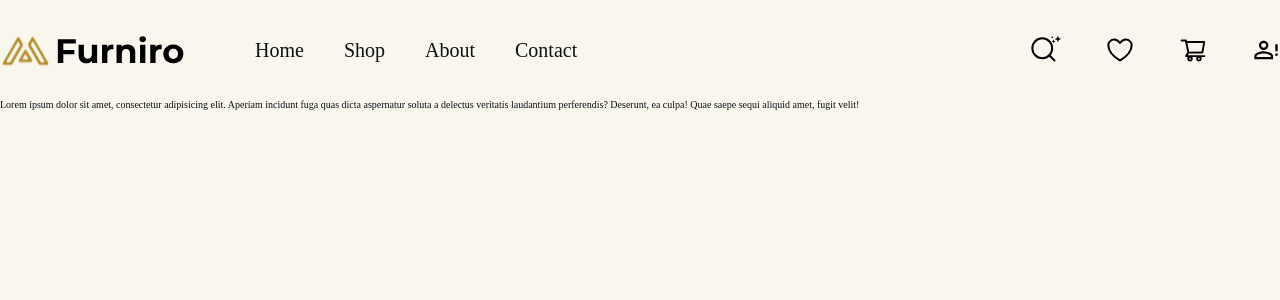
Repository: binhphanbp/furniro-interior_website
Page: index.html
An editor plug-in stored every save of this project. The page is shown before and after the next save, followed by the edit.
The browser window is 1280 px wide. The pictures show the whole page.

Above is the page before, as saved 2025-02-19 22:50:32.

### index.html
<!DOCTYPE html>
<html lang="en">
  <head>
    <meta charset="UTF-8" />
    <meta name="viewport" content="width=device-width, initial-scale=1.0" />
    <title>Furniro</title>

    <!-- Favicon -->
    <link rel="shortcut icon" href="./icons/favicon.ico" type="image/x-icon" />
    <link rel="icon" href="./icons/favicon.ico" type="image/x-icon" />

    <!-- Link CSS -->
    <link rel="stylesheet" href="./src/assets/styles/main.css" />
  </head>
  <body class="homepage">
    <!-- PROGRESS BAR -->
    <div class="progress-container">
      <div class="progress-bar"></div>
    </div>

    <!-- HEADER -->

    <header class="header">
      <div class="container">
        <nav class="header__menu">
          <a class="header__logo" href="#">
            <img src="./icons/furniro-logo-type.svg" alt="logo-furniro" />
          </a>
          <ul class="header__menu-list">
            <li>
              <a href="" class="avtive">home</a>
            </li>
            <li>
              <a href="">shop</a>
            </li>
            <li>
              <a href="">about</a>
            </li>
            <li>
              <a href="">contact</a>
            </li>
          </ul>
        </nav>
        <ul class="header__icons">
          <a href="#" class="header__icons-item">
            <img src="./icons/icon-search.svg" alt="icon-search" />
          </a>
          <a href="#" class="header__icons-item">
            <img src="./icons/icon-heart.svg" alt="icon-heart" />
          </a>
          <a href="#" class="header__icons-item">
            <img src="./icons/icon-cart.svg" alt="icon-cart"
          /></a>
          <a href="#" class="header__icons-item">
            <img src="./icons/icon-account-alert.svg" alt="icon-account" />
          </a>
        </ul>
      </div>
    </header>

    <!-- MAIN -->
    <main class="main">
      <p>
        Lorem ipsum dolor sit amet, consectetur adipisicing elit. Aperiam
        incidunt fuga quas dicta aspernatur soluta a delectus veritatis
        laudantium perferendis? Deserunt, ea culpa! Quae saepe sequi aliquid
        amet, fugit velit!
      </p>
      <!-- Section Hero -->
      <section class="schero">
        <div class="container"></div>
      </section>

      <!-- Section Menu -->
      <section class="scmenu">
        <div class="container"></div>
      </section>

      <!-- Section Services -->
      <section class="scservices">
        <div class="container"></div>
      </section>

      <!-- Section Delivery -->
      <section class="scdelivery">
        <div class="container"></div>
      </section>

      <!-- Section Our Customers -->
      <section class="sccustomers">
        <div class="container"></div>
      </section>

      <!-- Section Our Blog -->
      <section class="scblog">
        <div class="container"></div>
      </section>
    </main>

    <!-- FOOTER -->
    <footer class="footer">
      <div class="container"></div>
    </footer>

    <!-- JavaScript -->
    <script type="module" src="./src/scripts/main.js"></script>
  </body>
</html>

### src/assets/styles/main.css
/* Reset CSS */
@import './base/reset.css';

/* Font */
@import './base/variables.css';
@import './base/fonts.css';

/* Layouts (General Structure) */
@import './base/layouts.css';

/* Components */
@import './components/header.css';
@import './components/footer.css';
@import './components/components.css';

/* Pages */
@import './pages/home.css';
@import './pages/shop.css';
@import './pages/shop-details.css';
@import './pages/cart.css';
@import './pages/checkout.css';
@import './pages/product-comparison.css';
@import './pages/blog.css';
@import './pages/contact.css';

### src/assets/styles/base/reset.css
* {
  margin: 0;
  padding: 0;
  border: 0;
  font-size: 100%;
  font: inherit;
  vertical-align: baseline;
  box-sizing: border-box;
}
body {
  line-height: 1;
}
ol,
ul {
  list-style: none;
}
blockquote,
q {
  quotes: none;
}
blockquote:before,
blockquote:after,
q:before,
q:after {
  content: '';
  content: none;
}
table {
  border-collapse: collapse;
  border-spacing: 0;
}
img,
object,
embed {
  max-width: 100%;
}

a {
  text-decoration: none;
  outline: 0;
}
strong {
  font-family: db;
}
sub {
  vertical-align: sub;
  font-size: smaller;
}
sup {
  vertical-align: super;
  font-size: smaller;
}

### src/assets/styles/base/variables.css
:root {
  /* Page Setting Variables */
  --max-width-page: 2560px;
  --max-width-container-fluid: 1920px;
  --max-width-container: calc(1236px + calc(var(--gap) * 2));

  --gap: 30px;
  --pd-left-right: 20px;

  /* Color Variables */
  --primary-cl: #b88e2f;
  --primary-cl-hover: #d3ac51;
  --secondary-cl: #fff3e3;
  --tertiary-cl: #f3e9dc;

  --white-page-cl: #f9f6ee;
  --black-cl: #0b1215;

  --gray-dark-cl: #898989;
  --gray-light-cl: #9f9f9f;
  --product-hover: #3a3a3a;

  --red-cl: #e97171;
  --green-cl: #2ec1ac;
  --purple-cl: #816dfa;

  /* Font-size, Line-height, Letter-spacing Variables: */
  --fs-h1: 5.6rem;
  --lh-h1: 6.5rem;
  --ls-h1: 2px;

  --fs-h2: 4rem;
  --lh-h2: 4.8rem;
  --ls-h2: 0.25px;

  --fs-h3: 2.4rem;
  --lh-h3: 2.8rem;
  --ls-h3: 0.1px;

  --fs-text-button: 1.6rem;
  --lh-text-button: 2.4rem;
  --ls-text-button: 0.2px;

  --fs-body: 1.6rem;
  --lh-body: 2.4rem;
  --ls-body: 0.2px;

  /* Fonts: */
  --font-body: ppr;
  --font-body-light: ppl;
  --font-body-medium: ppm;
  --font-body-semibold: ppsb;
  --font-body-bold: ppb;

  /* General Variables */
  --height-header: 100px;
  --height-footer: 505px;
  --height-button: 48px;
  --height-button-medium: 64px;
  --height-button-large: 74px;
  --pd-section: 60px;

  /* Timing Transition Variables: */
  --duration: 0.4s;
  --cubic: cubic-bezier(0.59, 0.29, 0.15, 0.93);
}

### src/assets/styles/base/fonts.css
@font-face {
  font-family: 'ppl';
  src: url('../../fonts/Poppins-Light.woff2') format('woff2'),
    url('../../fonts/Poppins-Light.woff') format('woff');
  font-weight: 300;
  font-style: normal;
  font-display: swap;
}

@font-face {
  font-family: 'ppr';
  src: url('../../fonts/Poppins-Regular.woff2') format('woff2'),
    url('../../fonts/Poppins-Regular.woff') format('woff');
  font-weight: normal;
  font-style: normal;
  font-display: swap;
}

@font-face {
  font-family: 'ppm';
  src: url('../../fonts/Poppins-Medium.woff2') format('woff2'),
    url('../../fonts/Poppins-Medium.woff') format('woff');
  font-weight: 500;
  font-style: normal;
  font-display: swap;
}

@font-face {
  font-family: 'ppsb';
  src: url('../../fonts/Poppins-SemiBold.woff2') format('woff2'),
    url('../../fonts/Poppins-SemiBold.woff') format('woff');
  font-weight: 600;
  font-style: normal;
  font-display: swap;
}

@font-face {
  font-family: 'ppb';
  src: url('../../fonts/Poppins-Bold.woff2') format('woff2'),
    url('../../fonts/Poppins-Bold.woff') format('woff');
  font-weight: bold;
  font-style: normal;
  font-display: swap;
}

### src/assets/styles/base/layouts.css
html {
  font-size: 62.5%;

  scroll-behavior: smooth;

  /* CUSTOM SCROLLBAR */
  /* width */
  ::-webkit-scrollbar {
    width: 10px;
  }
  /* Track */
  ::-webkit-scrollbar-track {
    background: var(--gray-light-cl);
  }
  /* Handle */
  ::-webkit-scrollbar-thumb {
    background: var(--primary-cl);
    border-radius: 40px;
  }
  /* Handle on hover */
  ::-webkit-scrollbar-thumb:hover {
    background: var(--gray-dark-cl);
  }

  /* Custom background-color text selection */
  ::-moz-selection {
    color: var(--white-page-cl);
    background: var(--primary-cl);
  }
  ::selection {
    color: var(--white-page-cl);
    background: var(--primary-cl);
  }
}

body {
  background-color: var(--white-page-cl);
  color: var(--black-cl);
  width: 100%;
  max-width: var(--max-width-page);
  margin: auto;
}

.container {
  max-width: var(--max-width-container);
  margin: 0 auto;
}

### src/assets/styles/components/header.css
.header {
  height: var(--height-header);
}

.header .container {
  display: flex;
  align-items: center;
  justify-content: space-between;
  height: 100%;
}

.header .header__menu {
  display: flex;
  align-items: center;
  gap: 50px;
}

/* Header Menu */
.header .header__menu .header__menu-list {
  display: flex;
}

.header .header__menu .header__menu-list li a {
  padding: 8px var(--pd-left-right);
  text-transform: capitalize;
  font-size: 2rem;
  color: var(--black-cl);
}

/* Header Icons */
.header .header__icons {
  display: flex;
  gap: 45px;
}

### src/assets/styles/components/components.css
img {
  max-width: 100%;
  -webkit-user-select: none;
  -moz-user-select: none;
  -ms-user-select: none;
  user-select: none;
  display: block;
  outline: 0;
  object-fit: contain;
}

img .--center {
  margin: 0 auto;
  display: block;
}

.--hidden {
  display: none;
}

/* Progress Bar */
.progress-container {
  position: fixed;
  top: 0;
  left: 0;
  width: 100%;
  height: 5px;
  background: var(--white-page-cl);
}

.progress-bar {
  height: 100%;
  background: var(--primary-cl);
  width: 0%;

  /* Scroll-driven animation */
  animation: grow linear;
  animation-timeline: scroll();
}

@keyframes grow {
  from {
    width: 0%;
  }
  to {
    width: 100%;
  }
}

/* Heading */
.heading {
  font-family: prb;
  color: var(--black-cl);
  text-transform: uppercase;
}
.heading .--h1 {
  font-size: var(--fs-h1);
  line-height: var(--lh-h1);
  letter-spacing: var(--ls-h1);
}
.heading .--h2 {
  font-size: var(--fs-h2);
  line-height: var(--lh-h2);
  letter-spacing: var(--ls-h2);
}
.heading .--h3 {
  font-size: var(--fs-h3);
  line-height: var(--lh-h3);
  letter-spacing: var(--ls-h3);
}
.heading .--primary-cl {
  color: var(--primary-cl);
}
.heading .--gray-light-cl {
  color: var(--gray-light-cl);
}

.textbutton {
  font-family: var(--font-body-semibold);
  font-size: var(--fs-text-button);
  line-height: var(--lh-text-button);
  letter-spacing: var(--ls-text-button);
}
/* Textbox */
.textbox .--align-center {
  text-align: center;
}

.textbox .desc {
  margin-top: 10px;
  color: var(--gray-dark-cl);
}

/* BUTTON */
.btn {
  display: inline-flex;
  align-items: center;
  justify-content: center;
  gap: 10px;
  padding: 0 36px;

  height: var(--height-button);
  font-family: var(--font-body-semibold);
  border: var(--primary-cl) solid 1px;
  background-color: var(--primary-cl);
  color: var(--white-page-cl);

  white-space: nowrap;
  cursor: pointer;
  transition: var(--duration);
  -webkit-transition: var(--duration);
  -moz-transition: var(--duration);
  -ms-transition: var(--duration);
  -o-transition: var(--duration);
}
.btn:hover {
  border: var(--white-page-cl) solid 1px;
  background-color: var(--primary-cl);
  color: var(--primary-cl);
}

.btn .--large {
  height: var(--height-button-large);
  padding: 0 72px;

  font-family: var(--font-body-bold);
  text-transform: uppercase;
}

.btn .--stroke {
  height: 48px;
  padding: 0 78px;
  background-color: transparent;
  color: var(--primary-cl);
  stroke: 1px solid var(--primary-cl);
}
.btn .--stroke:hover {
  background-color: var(--primary-cl);
  color: var(--white-page-cl);
}

.btn .--stroke-black {
  height: 48px;
  padding: 0 48px;
  background-color: transparent;
  color: var(--black-cl);
  stroke: 1px solid var(--black-cl);
}
.btn .--stroke-black:hover {
  background-color: var(--black-cl);
  color: var(--white-page-cl);
}

/* Button Pagination */
.btn-pagination {
  height: 60px;
  padding: 0 27px;

  background-color: var(--secondary-cl);
  color: var(--black-cl);
}
.btn-pagination:hover {
  background-color: var(--primary-cl-hover);
  color: var(--white-page-cl);
}
.btn-pagination .--active {
  background-color: var(--primary-cl);
  color: var(--white-page-cl);
}

Loaded but not shown: src/scripts/main.js (no stored copy; drawn as an empty file); src/assets/styles/components/footer.css (no stored copy; drawn as an empty file); src/assets/styles/pages/home.css (no stored copy; drawn as an empty file); src/assets/styles/pages/shop.css (no stored copy; drawn as an empty file); src/assets/styles/pages/shop-details.css (no stored copy; drawn as an empty file); src/assets/styles/pages/cart.css (no stored copy; drawn as an empty file); src/assets/styles/pages/checkout.css (no stored copy; drawn as an empty file); src/assets/styles/pages/product-comparison.css (no stored copy; drawn as an empty file); src/assets/styles/pages/blog.css (no stored copy; drawn as an empty file); src/assets/styles/pages/contact.css (no stored copy; drawn as an empty file)

After the next save:
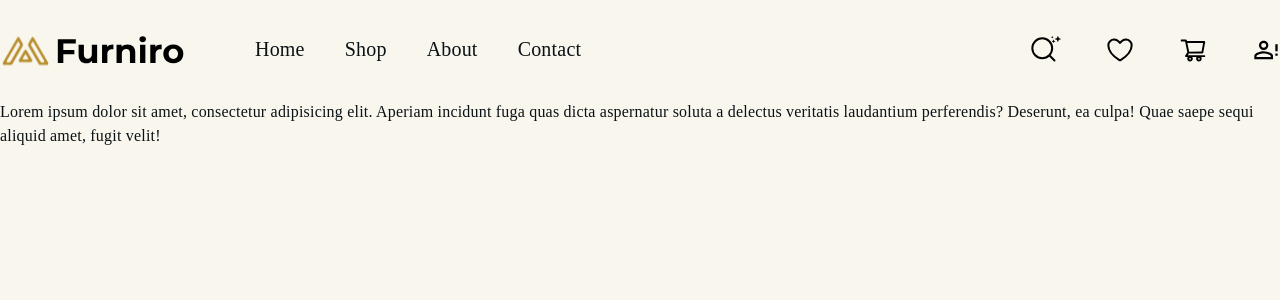
Saved 19 s later.
--- a/src/assets/styles/base/layouts.css
+++ b/src/assets/styles/base/layouts.css
@@ -39,6 +39,10 @@ body {
   width: 100%;
   max-width: var(--max-width-page);
   margin: auto;
+  font-family: prr;
+  font-size: var(--fs-body);
+  line-height: var(--lh-body);
+  letter-spacing: var(--ls-body);
 }
 
 .container {
